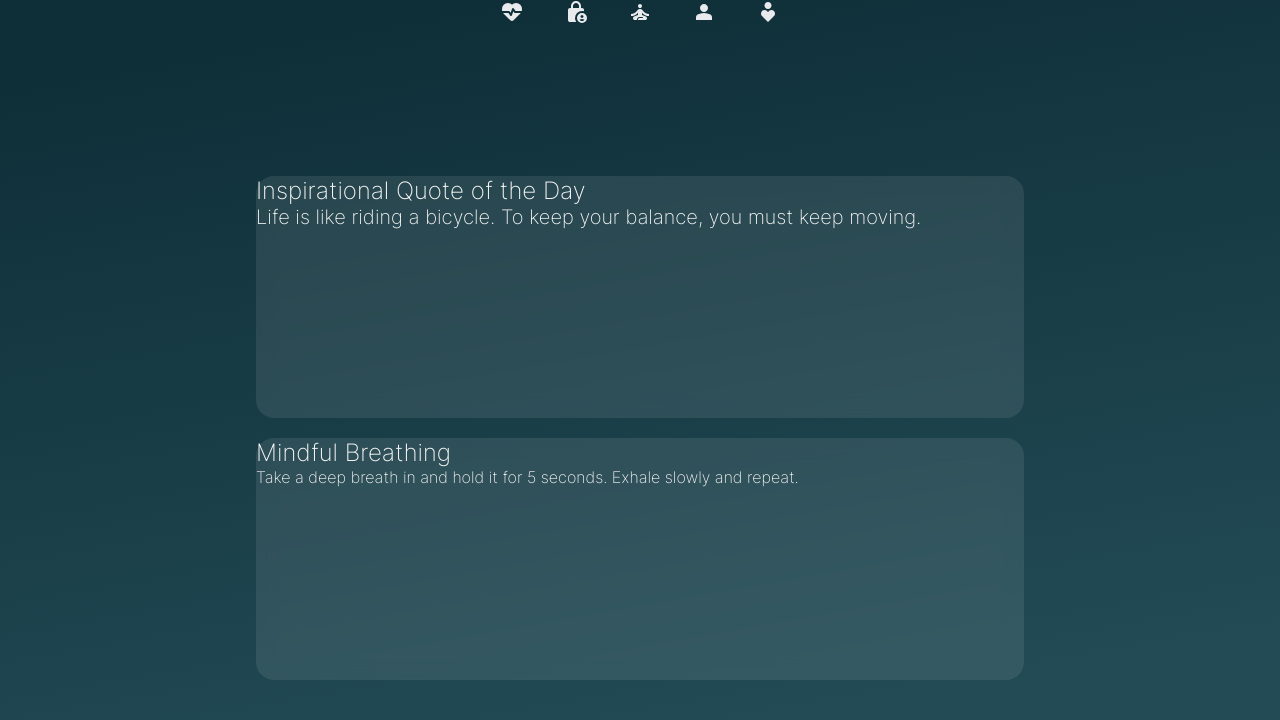
Repository: aaronw-dev/Zen
Page: dashboard.html
The author's editor kept a copy of each file at every save. The page is drawn from the files as they stood at one save, then again after the next save.
The browser window is 1280 px wide. The pictures show the whole page.

Above is the page before, as saved 2024-06-08 13:39:56.

### dashboard.html
<!DOCTYPE html>
<html lang="en">

<head>
    <meta charset="UTF-8">
    <meta name="viewport" content="width=device-width, initial-scale=1.0">
    <title>Zen</title>
    <link rel="stylesheet" href="../static/colors.css">
    <link rel="stylesheet" href="../static/style.css">
</head>

<body>
    <div class="header">

    </div>
    <div class="features">
        <div class="inspirational_quote">
            <h2>Inspirational Quote of the Day</h2>
            <p>Life is like riding a bicycle. To keep your balance, you must keep moving.</p>
        </div>
        <div class="mindful_breathing">
            <h2>Mindful Breathing</h2>
            <p>Take a deep breath in and hold it for 5 seconds. Exhale slowly and repeat.</p>
        </div>
    </div>
    <div class="bottom-icons">
        <img src="../static/icons/crisis.svg">
        <img src="../static/icons/journal.svg">
        <img src="../static/icons/meditate.svg">
        <img src="../static/icons/profile.svg">
        <img src="../static/icons/counselling.svg">
    </div>
</body>

</html>

### static/colors.css
:root {
    --text: #F6F6F6;
    --buttons: #0F2F38;
    --radial-bg: radial-gradient(89.12% 42.87% at 50.08% 50.93%, #2B606F 0%, #0D3642 100%);
    --linear-bg: linear-gradient(170deg, #0F2F38 9.2%, #224B56 91.67%);
}

### static/style.css
@font-face {
    font-family: Inter;
    src: url("./font/Inter-Bold.ttf");
    font-weight: bold;
}

@font-face {
    font-family: Inter;
    src: url("./font/Inter-ExtraLight.ttf");
    font-weight: lighter;
}

html {
    height: 100%;
}

body {
    height: 100%;
    margin: 0;
    background-repeat: no-repeat;
    background-attachment: fixed;
    background: var(--linear-bg);
}

* {
    font-family: Inter;
    color: var(--text);
    font-weight: lighter;
}

h1,
h2,
h3,
h4,
h5,
h6,
p {
    margin-top: 0;
    margin-bottom: 0;
}

.hero {
    position: absolute;
    left: 50%;
    transform: translateX(-50%);
    margin: auto;
    width: 40%;
    display: flex;
    flex-direction: column;
    align-items: center;
    top: 70px;
}

.hero img {
    width: 100%;
}

.hero-name {
    font-size: 60px;
}

.tagline {
    display: flex;
    flex-direction: column;
    align-items: center;
    line-height: 0.85;
    position: absolute;
    top: 50%;
    left: 50%;
    transform: translate(-50%, -50%);
    width: max-content;
}

.tagline span:nth-child(1) {
    font-weight: bold;
    font-size: 3.5em;
}

.tagline span:nth-child(2) {
    font-weight: lighter;
    font-size: 3.2em;
}

.action-buttons {
    display: flex;
    flex-direction: column;
    align-items: center;
    width: 60%;
    position: absolute;
    bottom: 40px;
    gap: 20px;
    left: 50%;
    transform: translateX(-50%);
}
.features {
    display: flex;
    flex-direction: column;
    align-items: center;
    height: 70%;
    width: 60%;
    position: absolute;
    bottom: 40px;
    gap: 20px;
    left: 50%;
    transform: translateX(-50%);
}
.action-buttons button {
    width: 100%;
    padding: 5px 30px;
    font-size: 25px;
    border: none;
    background-color: var(--buttons);
    border-radius: 15px;
}

.inspirational_quote{
    width: 100%;
    height: 100%;
    background: rgba(219.94, 219.94, 219.94, 0.11); border-radius: 18px;
    backdrop-filter: blur(8.90px);
}
.inspirational_quote p{
    font-size: 20px;
}
.mindful_breathing{
    width: 100%;
    height: 100%;
    background: rgba(219.94, 219.94, 219.94, 0.11); border-radius: 18px;
    backdrop-filter: blur(8.90px);
}

.bottom-icons {
    display: flex;
    justify-content: center;
    position: absolute;
    bottom: 5;
    width: 100%;
    gap: 40px;
}
.bottom-icons div {
    width: 50px;
    height: 50px;
}

After the next save:
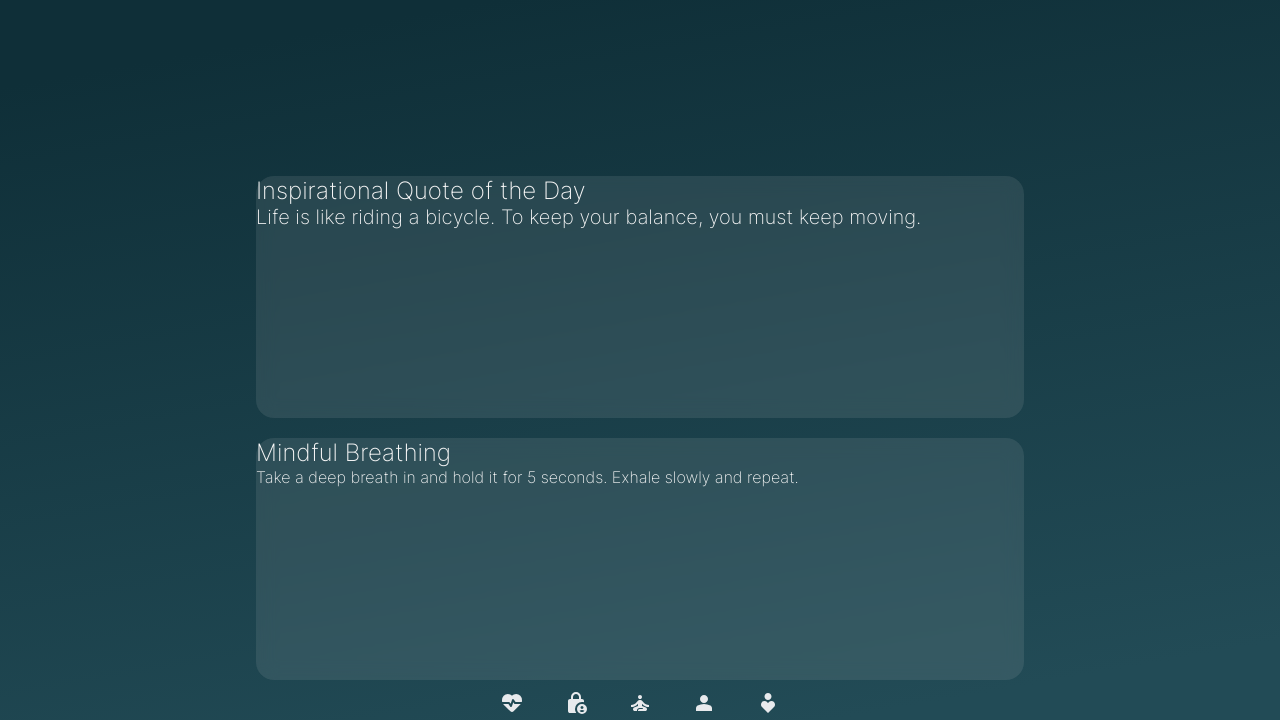
Saved 5 s later.
--- a/static/style.css
+++ b/static/style.css
@@ -133,7 +133,7 @@ p {
     display: flex;
     justify-content: center;
     position: absolute;
-    bottom: 5;
+    bottom: 5px;
     width: 100%;
     gap: 40px;
 }
